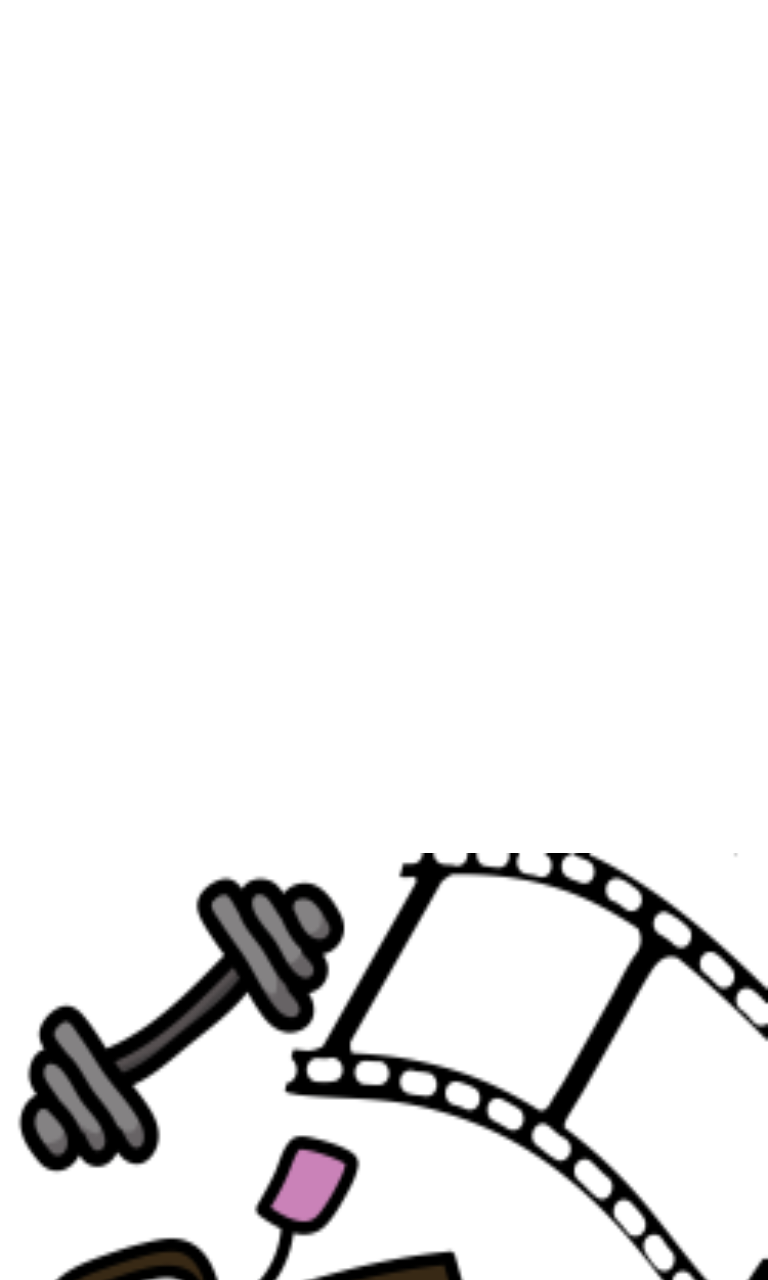
Repository: MikeFynes/ChallengeAccepted
Layout: ChallengeAcceptedFrontEnd/ChallengeDemo/res/layout/tab_welcome.xml
These files come from the project's save history. The layout is drawn as it stood at one moment and after the next save; the edit follows.
It is drawn on a 768 x 1280 px phone screen (xhdpi) without system bars, with theme AppTheme; the app's code is not run. The app's manifest (not shown) leaves right-to-left support off. So textAlignment, textDirection and layoutDirection are ignored, and left and right values win over start and end ones.

Above is the layout before, as saved 2014-12-09 17:27:00.

### ChallengeAcceptedFrontEnd/ChallengeDemo/res/layout/tab_welcome.xml
<?xml version="1.0" encoding="utf-8"?>
<LinearLayout xmlns:android="http://schemas.android.com/apk/res/android"
    android:layout_width="match_parent"
    android:layout_height="match_parent"
    android:orientation="vertical" >


    <TextView android:layout_width="match_parent"
    android:layout_height="match_parent"
    android:id="@+id/welcome_title"
    android:layout_weight="4"
    android:gravity="center"
    android:textStyle="bold"
    android:textSize="40sp"/>



    <TextView android:layout_width="match_parent"
    android:layout_height="match_parent"
    android:id="@+id/welcome_from"
    android:layout_weight="1"
    android:gravity="top"
    android:textAlignment="center"
     />

           <ImageView
        android:contentDescription="@string/image_context"

android:layout_width="match_parent"
    android:layout_height="match_parent"
        android:scaleType="fitXY"
        android:layout_weight="1"
        android:src="@drawable/welcome_icon"
         />

</LinearLayout>

### ChallengeAcceptedFrontEnd/ChallengeDemo/res/values/color.xml
<?xml version="1.0" encoding="utf-8"?>
<resources>

    <color name="white">#FFFFFF</color>
    <color name="black">#000000</color>

<!--      CHALLENGES COLOURS -->
    <color name="selected_cat">#00695C</color>
    <color name="list_selected_chall">#B2DFDB</color>

<!--     ACTIONBAR COLOURS -->
    <color name="actionbar">#009688</color>


</resources>

### ChallengeAcceptedFrontEnd/ChallengeDemo/res/drawable/tab_indicator.xml
<?xml version="1.0" encoding="utf-8"?>
<selector xmlns:android="http://schemas.android.com/apk/res/android" >
    <!-- STATES WHEN BUTTON IS NOT PRESSED -->

    <!-- Non focused states -->
    <item android:state_focused="false" android:state_selected="false"
        android:state_pressed="false"
        android:drawable="@color/actionbar" />
    <item android:state_focused="false" android:state_selected="true"
        android:state_pressed="false"
        android:drawable="@color/list_selected_chall" />

    <!-- Focused states (such as when focused with a d-pad or mouse hover) -->
    <item android:state_focused="true" android:state_selected="false"
        android:state_pressed="false"
        android:drawable="@color/actionbar" />
    <item android:state_focused="true" android:state_selected="true"
        android:state_pressed="false"
        android:drawable="@color/list_selected_chall" />


    <!-- STATES WHEN BUTTON IS PRESSED -->

    <!-- Non focused states -->
    <item android:state_focused="false" android:state_selected="false"
        android:state_pressed="true"
        android:drawable="@color/actionbar" />
    <item android:state_focused="false" android:state_selected="true"
        android:state_pressed="true"
        android:drawable="@color/list_selected_chall" />

    <!-- Focused states (such as when focused with a d-pad or mouse hover) -->
    <item android:state_focused="true" android:state_selected="false"
        android:state_pressed="true"
        android:drawable="@color/list_selected_chall" />
    <item android:state_focused="true" android:state_selected="true"
        android:state_pressed="true"
        android:drawable="@color/list_selected_chall" />

</selector>

### ChallengeAcceptedFrontEnd/ChallengeDemo/res/values/strings.xml
<?xml version="1.0" encoding="utf-8"?>
<resources>
	<string name="image_context">image</string>
    <string name="app_name">Challenger</string>
    <string name="start_select_user">Select User</string>
    <string name="select_challenge">Select Challenge</string>
    <string name="select_category">Select Category</string>
    <string name="action_settings">Settings</string>

      <string name="text_accepted">ACCEPTED</string>
    <string name="text_received">RECEIVED</string>

    <string name="tab_lbl_my_challenges">My Challenges</string>
    <string name="tab_lbl_scoreboard">Scoreboard</string>
    <string name="tab_lbl_create_challenge">Challenge</string>
    <string name="tab_lbl_welcome">Welcome</string>
    <string name="btn_accept">Accept</string>
    <string name="btn_decline">Decline</string>



    <string name="btn_complete">Complete</string>
    <string name="no_challTitle">No Challenge Yet</string>
    <string name="no_challDesc">No Challenge has been issued</string>
    <string name="btnChallenge">SEND CHALLENGE!</string>
    <string name="btnBack">Back</string>
    <string name="btn_add_user">Add User</string>

    <string name="challenge_title">CHALLENGE</string>
    <string name="challenge_points">POINTS</string>

      <string name="user_points">Score</string>
  		<string name="user_name">Name</string>

  		<string name="fill_form">Enter details below and click complete to add a user</string>
  		<string name="add_name">User Name</string>


  		<string name="welcome_start">Welcome</string>
  		<string name="welcome_from_start">Navigate through tabs to challenges!</string>

  		<string name="welcome_response">Response Logged!</string>
  		<string name="welcome_from_response">Your response has been added!</string>

  		  		<string name="welcome_complete">Challenge Complete</string>
  		<string name="welcome_from_complete">You go girl!</string>

  		  		<string name="welcome_sent">Challenge Sent</string>
  		<string name="welcome_from_sent">Oooooooooooh!</string>
</resources>

Loaded but not shown: ChallengeAcceptedFrontEnd/ChallengeDemo/res/values/styles.xml (common file)

After the next save:
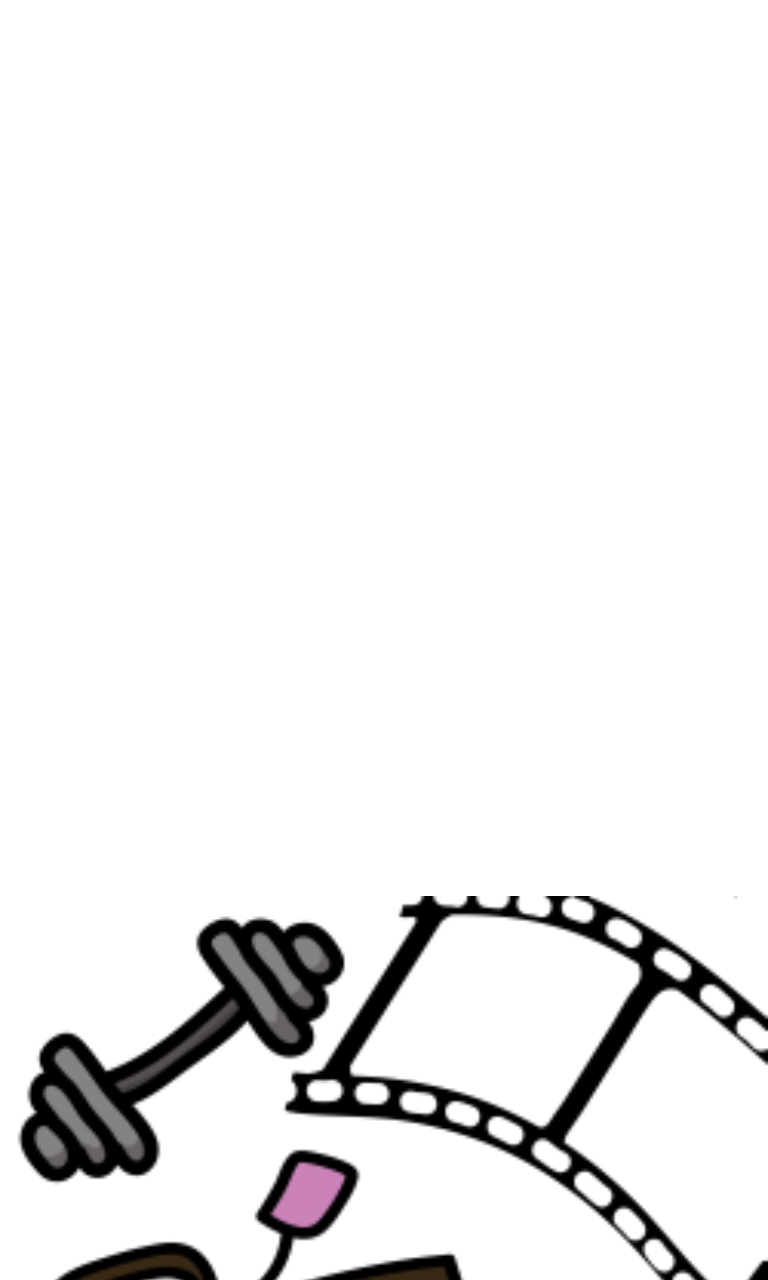
Saved 72 s later.
--- a/ChallengeAcceptedFrontEnd/ChallengeDemo/res/layout/tab_welcome.xml
+++ b/ChallengeAcceptedFrontEnd/ChallengeDemo/res/layout/tab_welcome.xml
@@ -28,7 +28,7 @@
 
 android:layout_width="match_parent"
     android:layout_height="match_parent"
-        android:scaleType="fitXY"
+
         android:layout_weight="1"
         android:src="@drawable/welcome_icon"
          />
